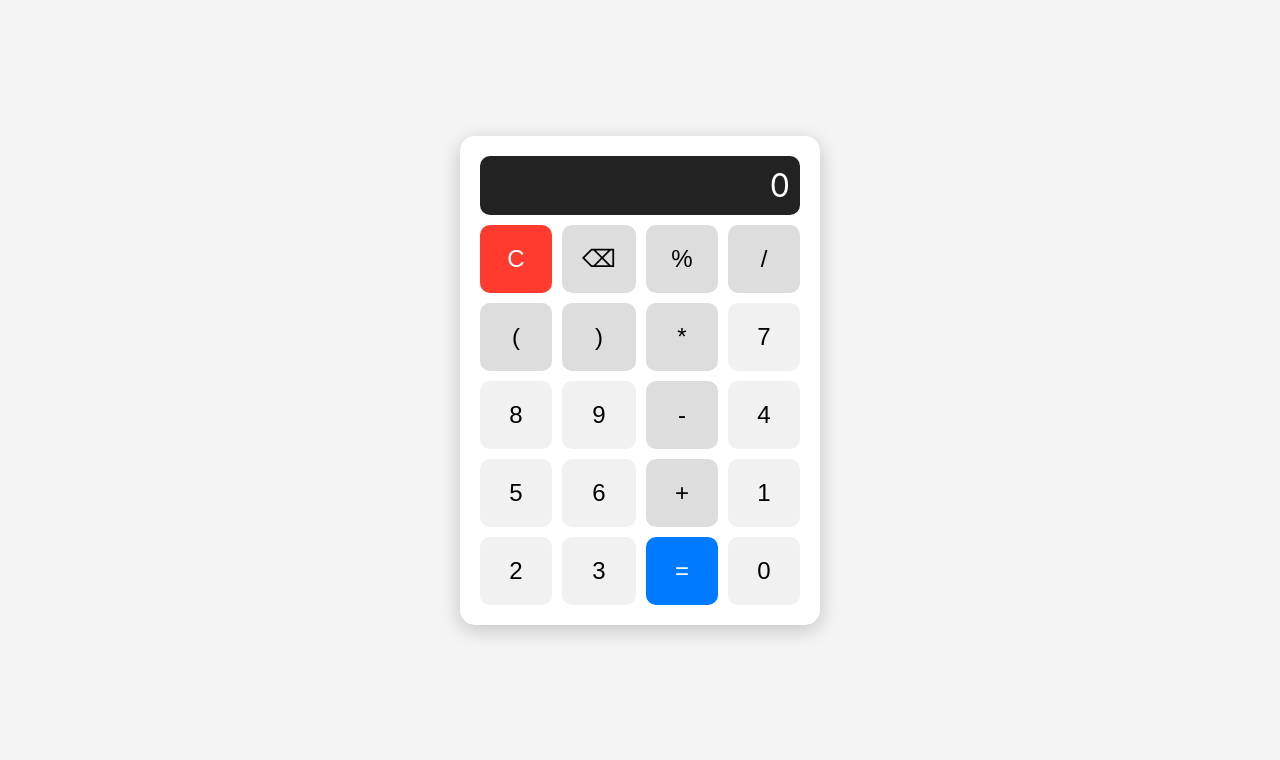
Repository: mahalakshmi-00/Calculator
Page: index.html
An editor plug-in stored every save of this project. The page is shown before and after the next save, followed by the edit.
The browser window is 1280 px wide. The pictures show the whole page.
Some web fonts or font styles are not loaded; a fallback is used.

Above is the page before, as saved 2025-05-01 21:35:36.

### index.html
<!DOCTYPE html>
<html lang="en">
<head>
    <meta charset="UTF-8">
    <meta name="viewport" content="width=device-width, initial-scale=1.0">
    <title>Calculator</title>
    <link href="https://fonts.googleapis.com/css2?family=SF+Pro+Display:wght@100;200;300&display=swap" rel="stylesheet">
    <style>
        body {
            font-family: 'SF Pro Display', sans-serif;
            background-color: #f4f4f4;
            padding: 20px;
            display: flex;
            justify-content: center;
            align-items: center;
            height: 100vh;
            margin: 0;
        }
        .calculator {
            background: white;
            padding: 20px;
            border-radius: 15px;
            box-shadow: 0 5px 20px rgba(0,0,0,0.2);
            width: 320px;
        }
        .display {
            font-size: 2rem;
            background: #222;
            color: white;
            padding: 10px;
            border-radius: 10px;
            text-align: right;
            margin-bottom: 10px;
        }
        .button-row {
            display: grid;
            grid-template-columns: repeat(4, 1fr);
            gap: 10px;
        }
        .button {
            background: #f1f1f1;
            border: none;
            padding: 20px;
            font-size: 1.5rem;
            border-radius: 10px;
            cursor: pointer;
            transition: background 0.3s;
        }
        .button:hover {
            background: #ccc;
        }
        .button:active {
            background: #bbb;
        }
        .button-clear {
            background-color: #ff3b30;
            color: white;
        }
        .button-equal {
            background-color: #007aff;
            color: white;
        }
        .button-function {
            background-color: #ddd;
        }
    </style>
</head>
<body>
    <div class="calculator">
        <div class="display" id="display">0</div>
        <div class="button-row">
            <button class="button button-clear" onclick="clearDisplay()">C</button>
            <button class="button button-function" onclick="backspace()">⌫</button>
            <button class="button button-function" onclick="appendCharacter('%')">%</button>
            <button class="button button-function" onclick="appendCharacter('/')">/</button>
            <button class="button button-function" onclick="appendCharacter('(')">(</button>
            <button class="button button-function" onclick="appendCharacter(')')">)</button>
            <button class="button button-function" onclick="appendCharacter('*')">*</button>
            <button class="button" onclick="appendCharacter('7')">7</button>
            <button class="button" onclick="appendCharacter('8')">8</button>
            <button class="button" onclick="appendCharacter('9')">9</button>
            <button class="button button-function" onclick="appendCharacter('-')">-</button>
            <button class="button" onclick="appendCharacter('4')">4</button>
            <button class="button" onclick="appendCharacter('5')">5</button>
            <button class="button" onclick="appendCharacter('6')">6</button>
            <button class="button button-function" onclick="appendCharacter('+')">+</button>
            <button class="button" onclick="appendCharacter('1')">1</button>
            <button class="button" onclick="appendCharacter('2')">2</button>
            <button class="button" onclick="appendCharacter('3')">3</button>
            <button class="button button-equal" onclick="calculateResult()">=</button>
            <button class="button" onclick="appendCharacter('0')">0</button>
        </div>
    </div>

    <script>
        function clearDisplay() {
            document.getElementById("display").innerText = "0";
        }

        function backspace() {
            let currentDisplay = document.getElementById("display").innerText;
            if (currentDisplay.length === 1) {
                document.getElementById("display").innerText = "0";
            } else {
                document.getElementById("display").innerText = currentDisplay.slice(0, -1);
            }
        }

        function appendCharacter(character) {
            let currentDisplay = document.getElementById("display").innerText;
            if (currentDisplay === "0" && character !== "0") {
                document.getElementById("display").innerText = character;
            } else {
                document.getElementById("display").innerText = currentDisplay + character;
            }
        }

        function calculateResult() {
            let currentDisplay = document.getElementById("display").innerText;

            // Handle the % operator by converting it to a percentage of the current value
            currentDisplay = currentDisplay.replace(/%/g, '/100');

            try {
                // Using the `eval` function to evaluate the expression
                let result = eval(currentDisplay);
                document.getElementById("display").innerText = result;
            } catch (e) {
                document.getElementById("display").innerText = "Error";
            }
        }
    </script>
</body>
</html>

After the next save:
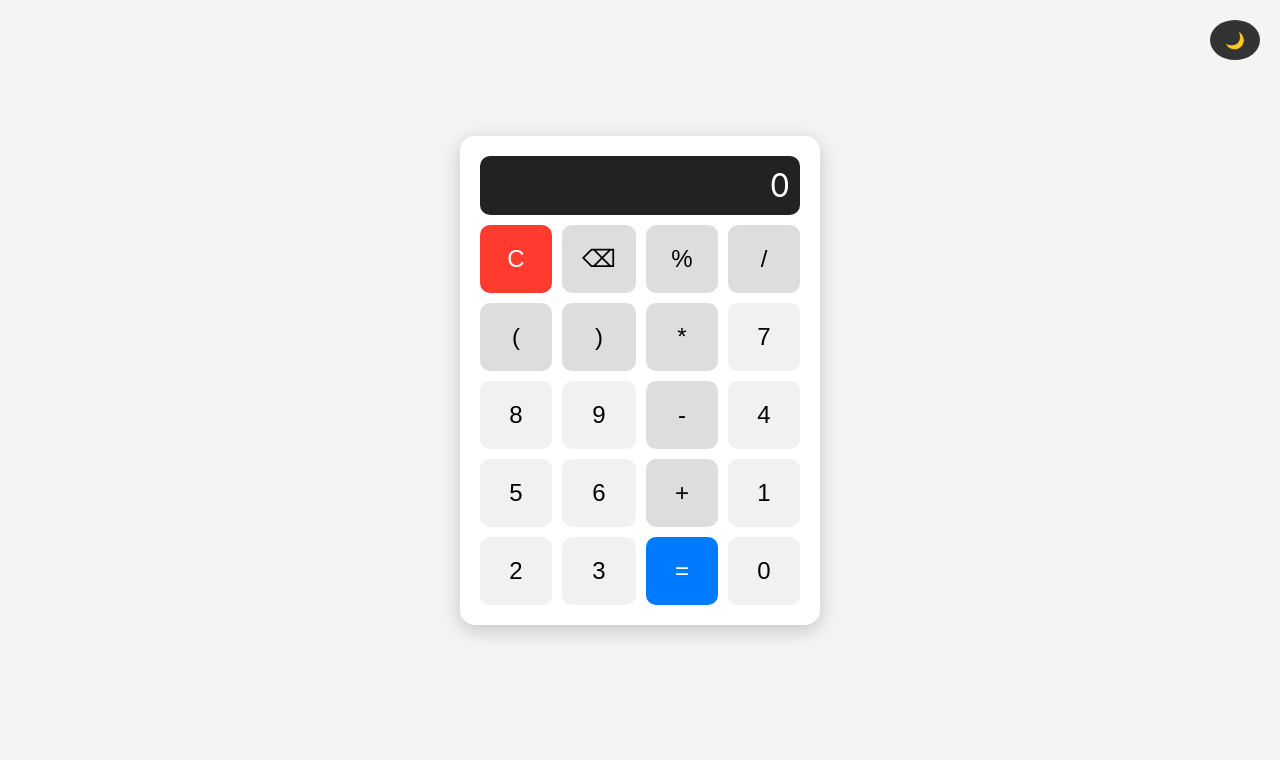
Saved 88 s later.
--- a/index.html
+++ b/index.html
@@ -15,6 +15,7 @@
             align-items: center;
             height: 100vh;
             margin: 0;
+            transition: background-color 0.3s, color 0.3s;
         }
         .calculator {
             background: white;
@@ -22,6 +23,7 @@
             border-radius: 15px;
             box-shadow: 0 5px 20px rgba(0,0,0,0.2);
             width: 320px;
+            transition: background-color 0.3s, color 0.3s;
         }
         .display {
             font-size: 2rem;
@@ -63,10 +65,51 @@
         .button-function {
             background-color: #ddd;
         }
+        .dark-mode {
+            position: absolute;
+            top: 20px;
+            right: 20px;
+            background-color: #333;
+            color: white;
+            padding: 10px 15px;
+            border-radius: 50%;
+            cursor: pointer;
+            transition: background-color 0.3s;
+        }
+        .dark-mode:hover {
+            background-color: #555;
+        }
+
+        /* Dark Mode Styles */
+        body.dark-mode {
+            background-color: #222;
+            color: white;
+        }
+        .calculator.dark-mode {
+            background: #333;
+        }
+        .display.dark-mode {
+            background: #444;
+            color: #fff;
+        }
+        .button.dark-mode {
+            background: #555;
+            color: white;
+        }
+        .button.dark-mode:hover {
+            background: #777;
+        }
+        .button-clear.dark-mode {
+            background-color: #d32f2f;
+        }
+        .button-equal.dark-mode {
+            background-color: #1976d2;
+        }
     </style>
 </head>
 <body>
     <div class="calculator">
+        <div class="dark-mode" onclick="toggleDarkMode()">🌙</div>
         <div class="display" id="display">0</div>
         <div class="button-row">
             <button class="button button-clear" onclick="clearDisplay()">C</button>
@@ -129,6 +172,16 @@
                 document.getElementById("display").innerText = "Error";
             }
         }
+
+        function toggleDarkMode() {
+            document.body.classList.toggle("dark-mode");
+            document.querySelector(".calculator").classList.toggle("dark-mode");
+            document.querySelector(".display").classList.toggle("dark-mode");
+            let buttons = document.querySelectorAll(".button");
+            buttons.forEach(button => {
+                button.classList.toggle("dark-mode");
+            });
+        }
     </script>
 </body>
 </html>
